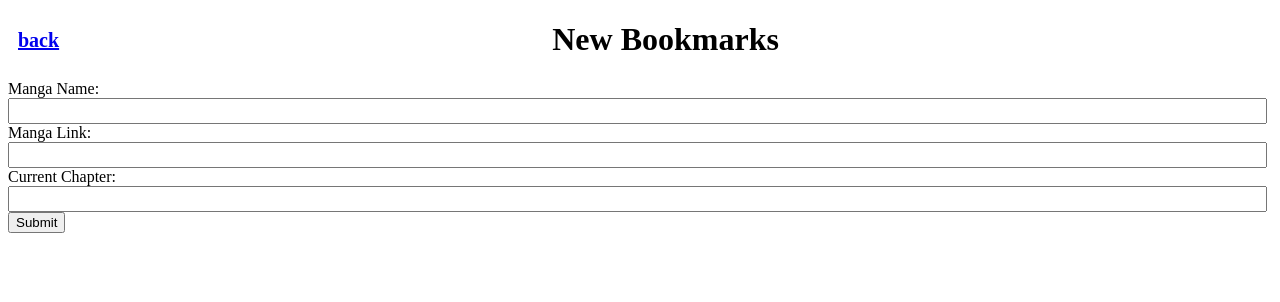
Repository: PA055/Manga-Bookmarks
Page: new.html
An editor plug-in stored every save of this project. The page is shown before and after the next save, followed by the edit.
The browser window is 1280 px wide. The pictures show the whole page.

Above is the page before, as saved 2023-03-11 12:04:50.
Console error: ReferenceError: $ is not defined

After the next save:
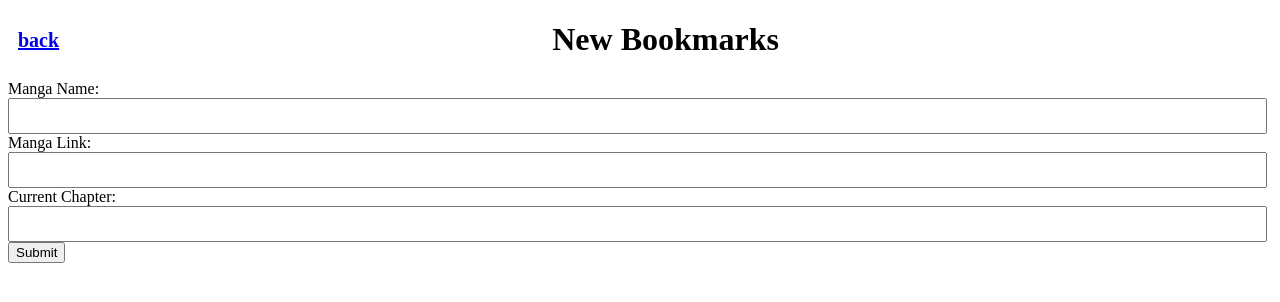
Saved 17 s later.
--- a/main.css
+++ b/main.css
@@ -28,7 +28,8 @@ h1 {
 
 .input {
     width: 99%;
-    height: 20px;
+    height: 30px;
+    font-size: 25px;
 }
 
 @media only screen and (max-width: 400px) {
